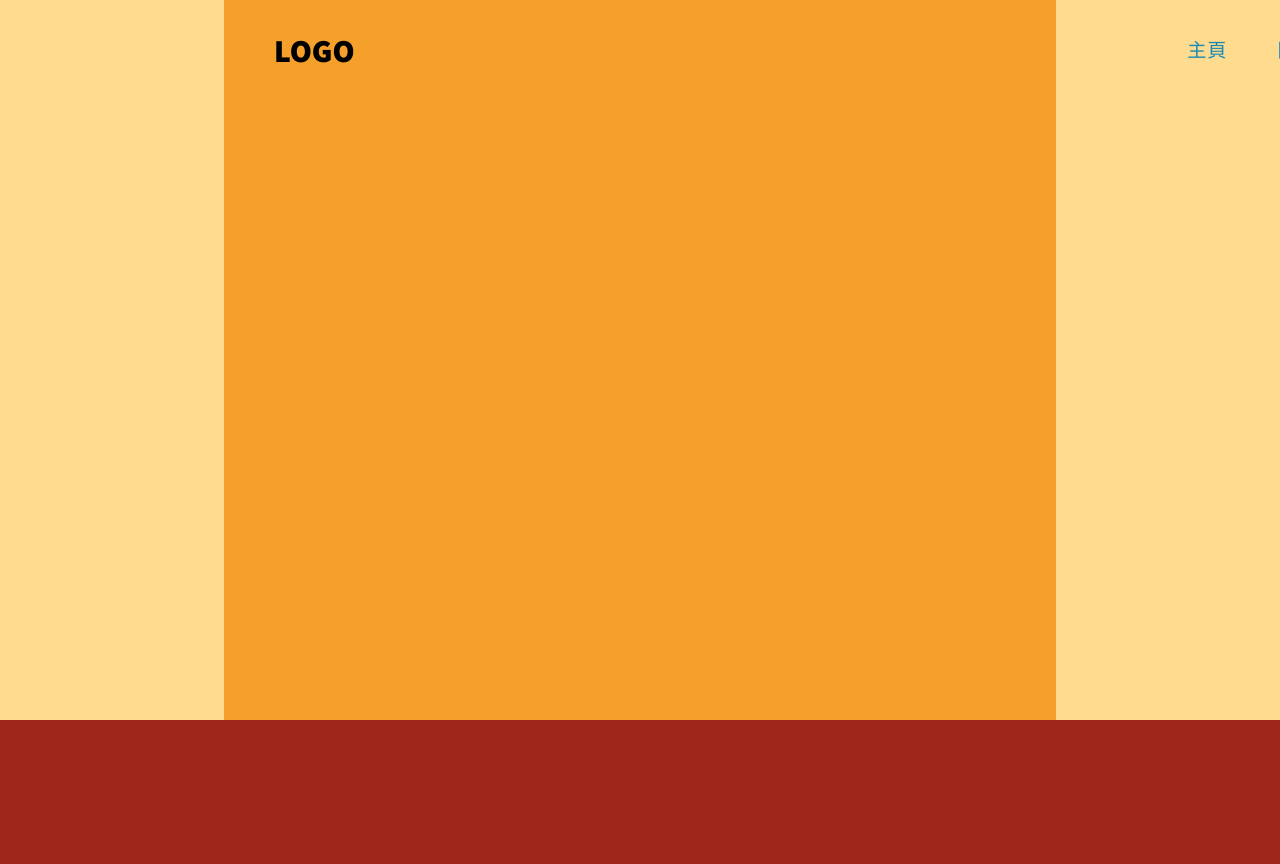
Repository: KevinYu0515/guanghui-food-website
Page: /
These files come from the project's save history. The page is drawn as it stood at one moment and after the next save; the edit follows.
The browser window is 1280 px wide. The pictures show the whole page.
The project was rebuilt for these pictures with package versions that can differ from the ones it lists, and the page was loaded fresh each time. Also part of the build but not shown: vue.config.js.

Above is the page before, as saved 2022-03-17 15:00:50.

After the next save:
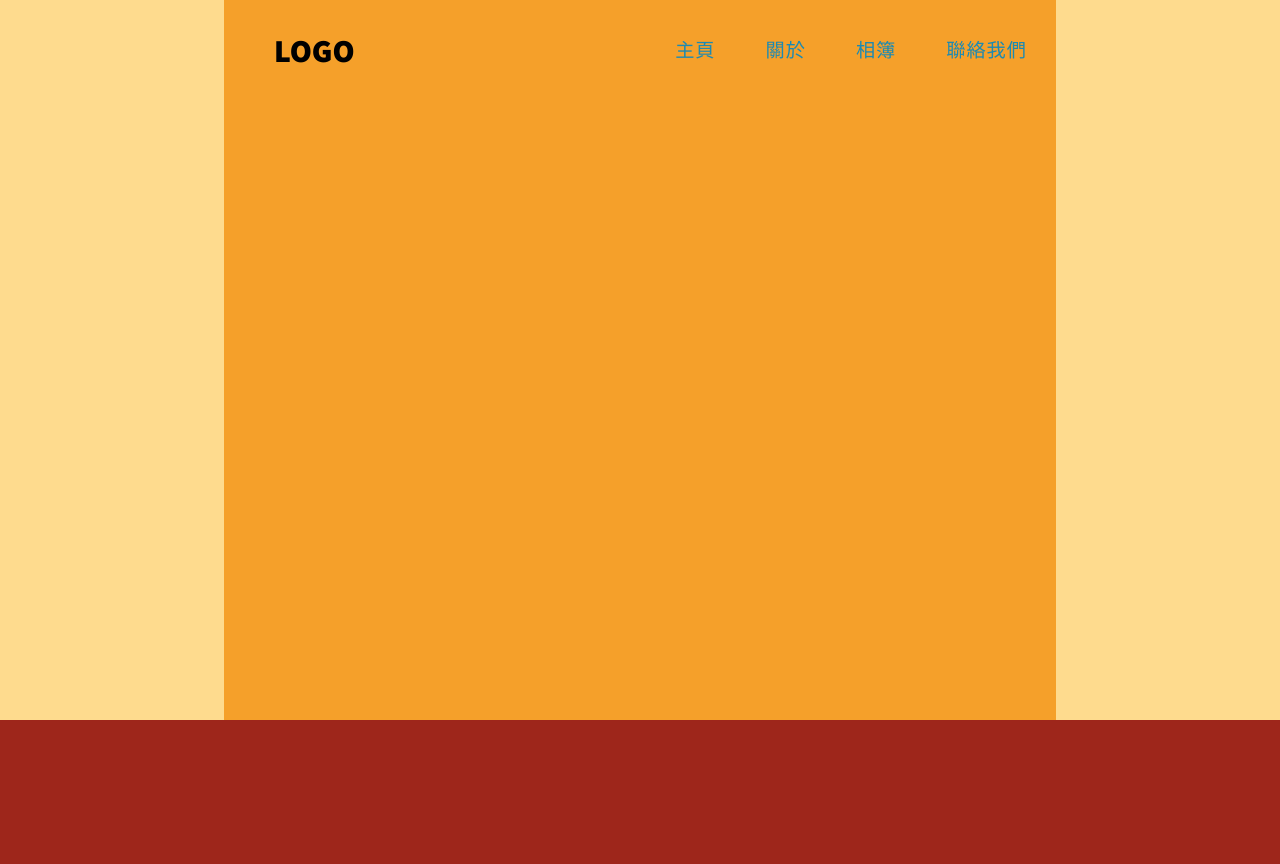
Saved 11 s later.
--- a/src/assets/scss/navbar.scss
+++ b/src/assets/scss/navbar.scss
@@ -2,7 +2,7 @@
 #header{
     position: fixed;
     top: 0;
-    width:100%;
+    width:60%;
     height: 80px;
     padding: 10px 100px 0px 50px;
     display: flex;
